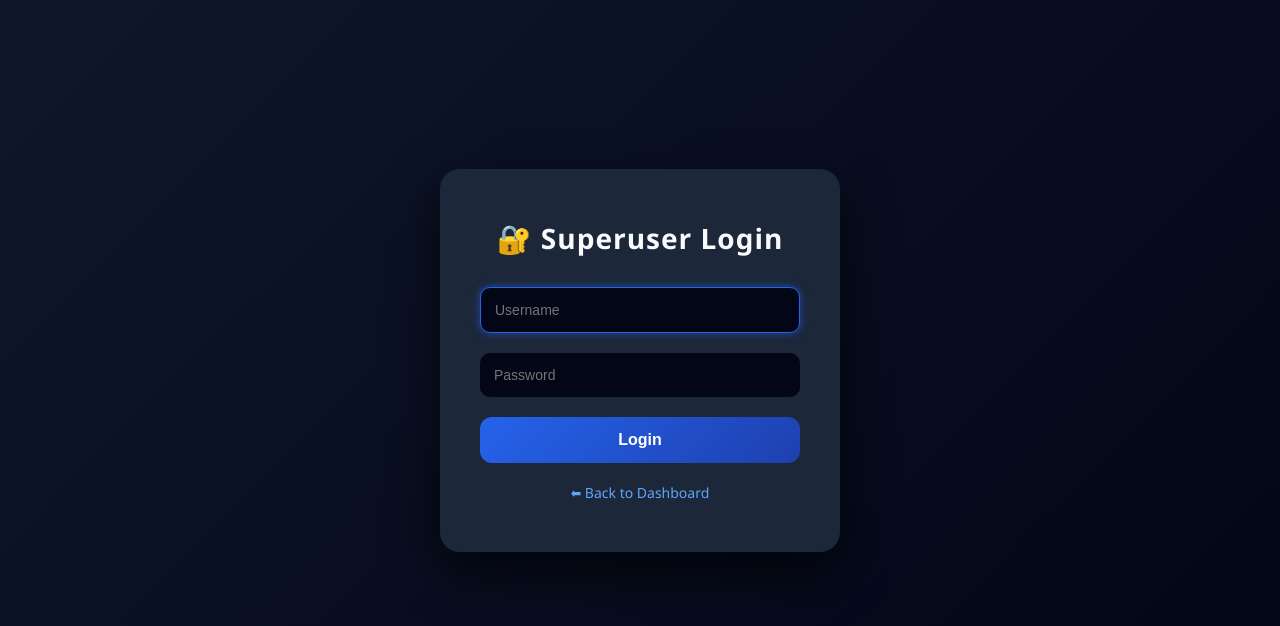
Repository: SNEHASURESH003/flight_system
Page: http://localhost/
An editor plug-in stored every save of this project. The page is shown before and after the next save, followed by the edit.
The browser window is 1280 px wide. The pictures show the whole page.
The page is served by the project's application, run on Django 5.2 (manage.py).

Above is the page before, as saved 2026-01-20 01:03:51.

After the next save:
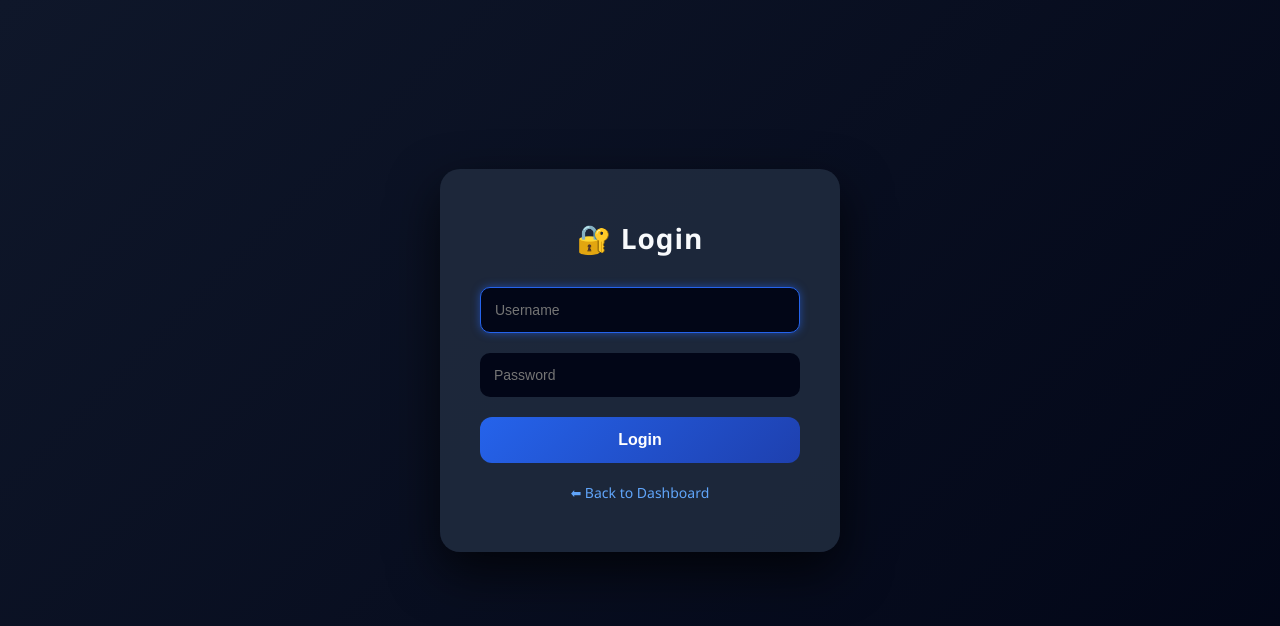
Saved 7 s later.
--- a/airport/airport_route/templates/login.html
+++ b/airport/airport_route/templates/login.html
@@ -122,7 +122,7 @@
 <body>
 
 <div class="card">
-    <h2>🔐 Superuser Login</h2>
+    <h2>🔐 Login</h2>
 
     {% if form.errors %}
         <div class="error">Invalid username or password</div>
